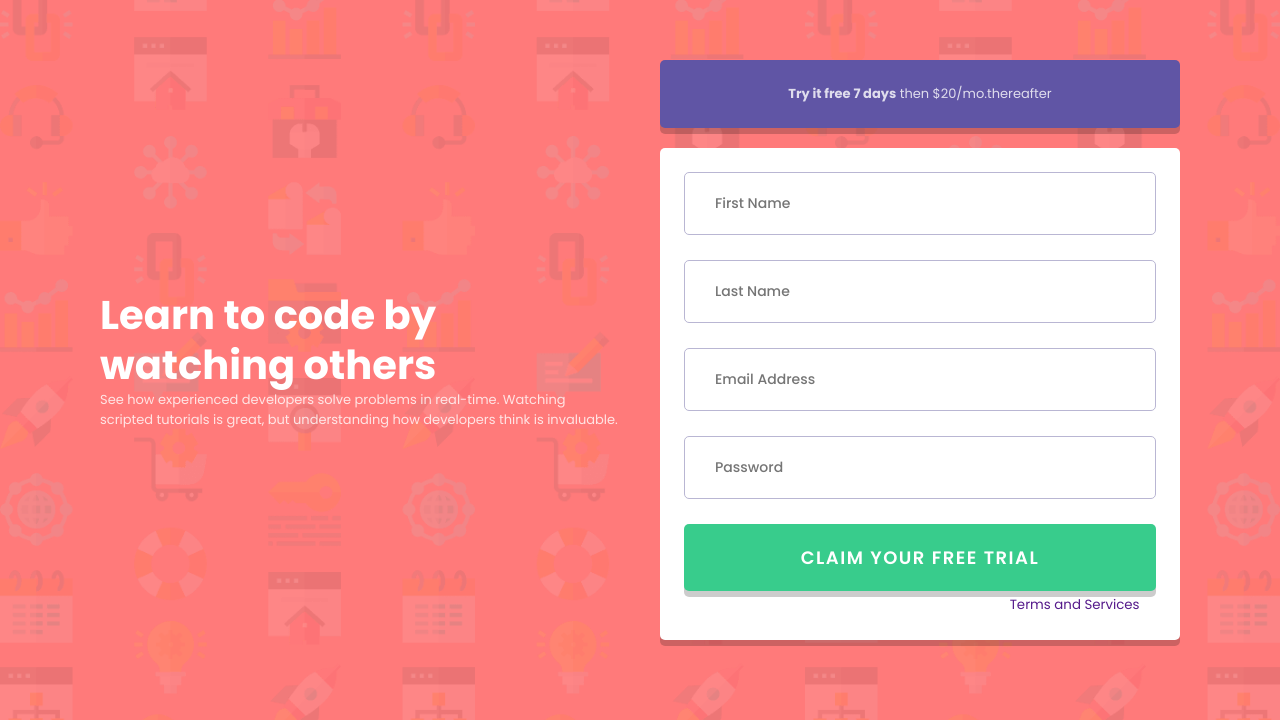
Repository: Akashiii1/WebSignup_Form_Day2
Page: index.html
The author's editor kept a copy of each file at every save. The page is drawn from the files as they stood at one save, then again after a run of saves.
The browser window is 1280 px wide. The pictures show the whole page.

Above is the page before, as saved 2021-12-19 17:10:11.

After the next 4 saves:
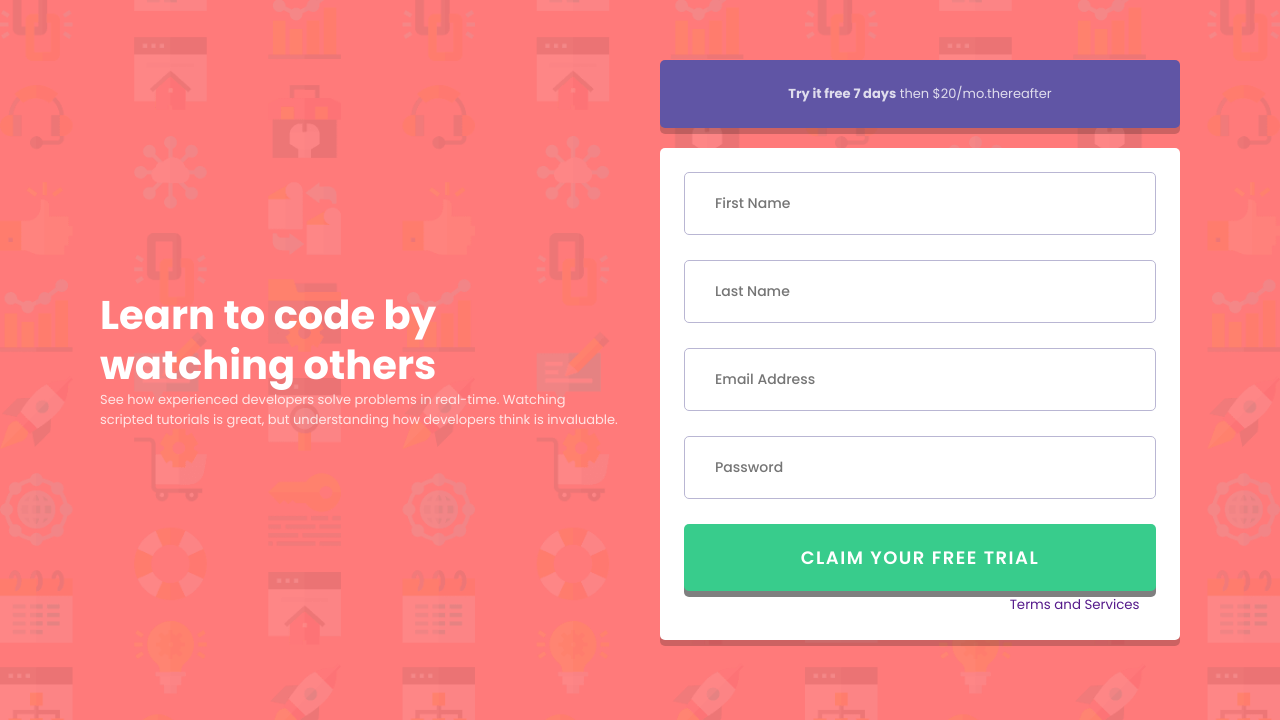
The 4 saves are shown as one change because they came seconds apart.
The last was saved 15 s later.
--- a/style.css
+++ b/style.css
@@ -109,7 +109,7 @@ button{
   font-weight: 600;
   letter-spacing: 1.5px;
   text-transform: uppercase;
-  box-shadow: 0 6px rgba(0,0,0,.2);
+  box-shadow: 0 6px rgba(0,0,0,.5);
 
 
 
